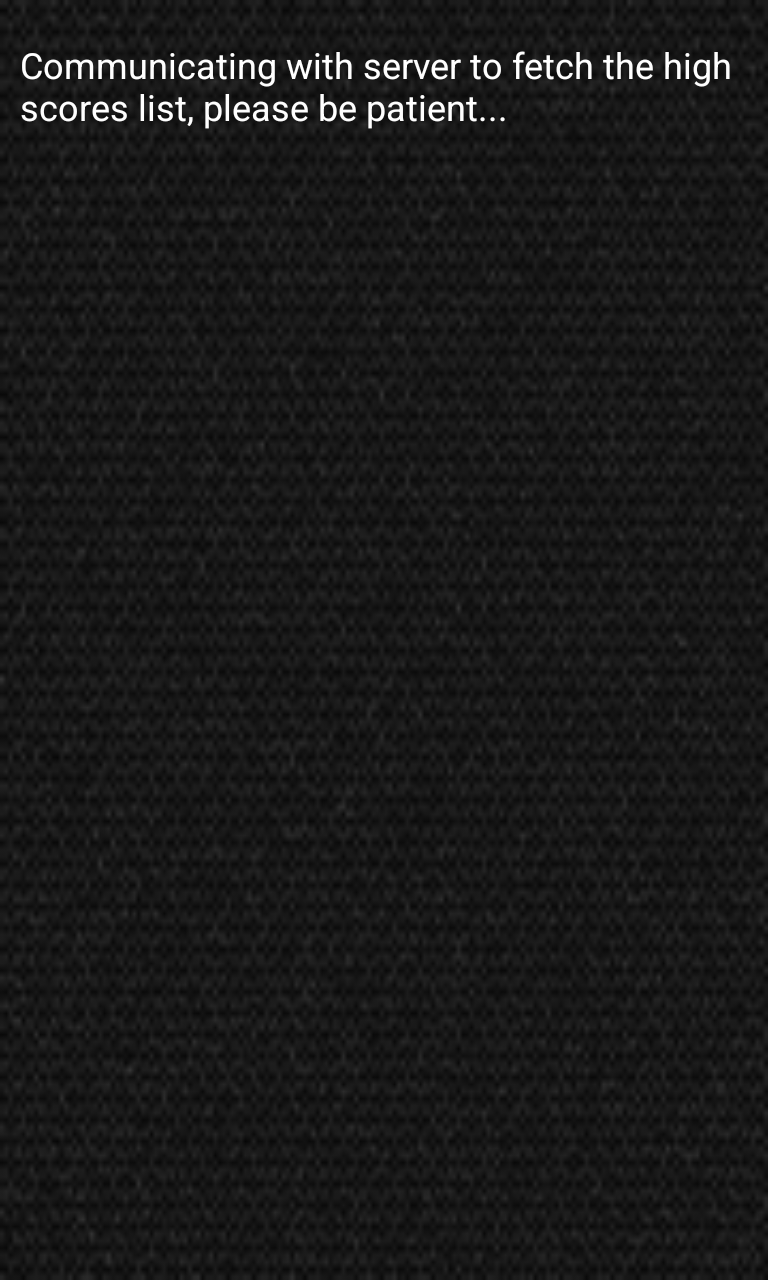
Repository: Tacohen/Killbots
Layout: Killbots/res/layout/cloud_communication.xml
The author's editor kept a copy of each file at every save. The layout is drawn from the files as they stood at one save, then again after the next save.
It is drawn on a 768 x 1280 px phone screen (xhdpi) without system bars, with theme AppTheme; the app's code is not run.

Above is the layout before, as saved 2013-12-10 03:20:41.

### Killbots/res/layout/cloud_communication.xml
<?xml version="1.0" encoding="utf-8"?>
    <LinearLayout xmlns:android="http://schemas.android.com/apk/res/android"
        android:orientation="vertical"
        android:padding="10dip"
        android:layout_width="fill_parent"
        android:layout_height="fill_parent"
        android:background="@drawable/binding_dark">

        <TextView
            android:id="@+id/serverCommunicationText"
            android:layout_width="fill_parent"
            android:layout_height="wrap_content"
            android:layout_marginTop="10dip"
            android:textColor="#FFFFFF"
            android:textAppearance="?android:attr/textAppearanceMedium"
            android:text="Communicating with server to fetch the high scores list, please be patient..." />

    </LinearLayout>

Loaded but not shown: Killbots/res/values/styles.xml (common file); Killbots/res/values-v11/styles.xml (common file); Killbots/res/values-v14/styles.xml (common file)

After the next save:
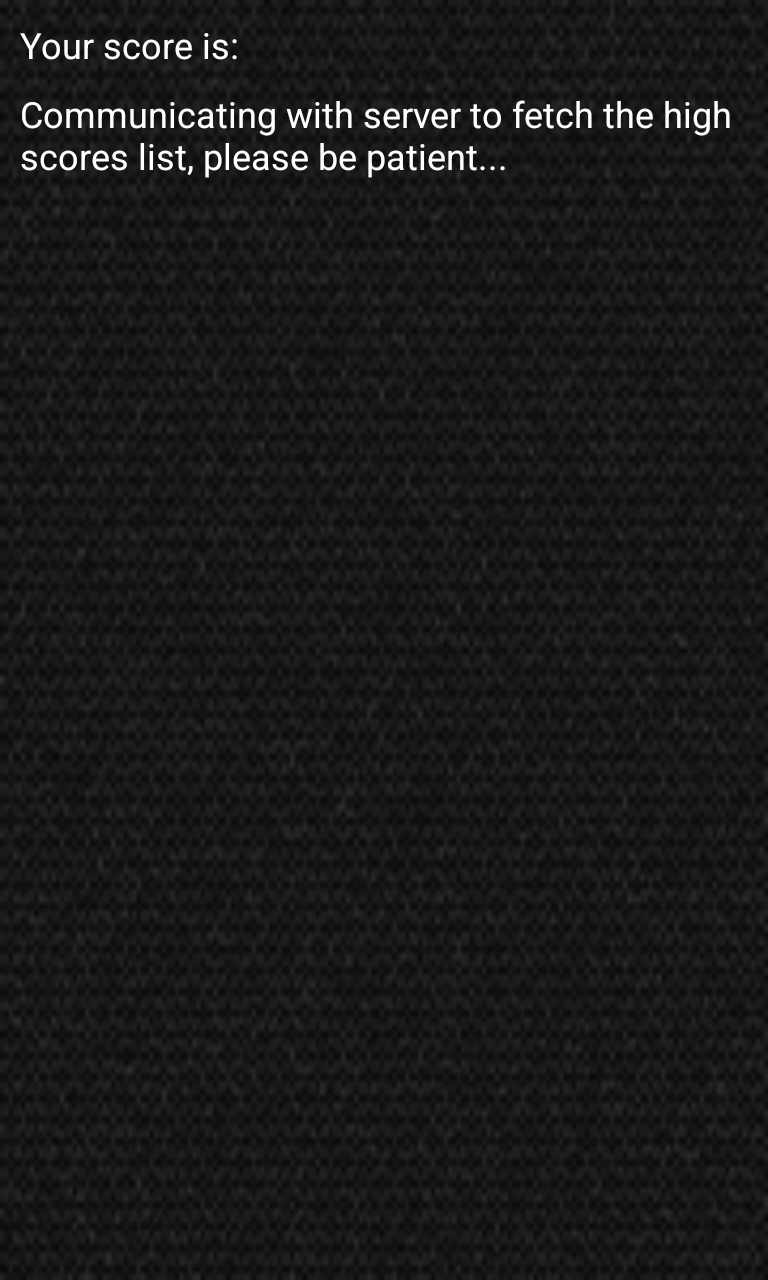
Saved 53 s later.
--- a/Killbots/res/layout/cloud_communication.xml
+++ b/Killbots/res/layout/cloud_communication.xml
@@ -5,6 +5,14 @@
         android:layout_width="fill_parent"
         android:layout_height="fill_parent"
         android:background="@drawable/binding_dark">
+
+        <TextView
+		    android:id="@+id/scoreTextWaiting"
+		    android:layout_width="wrap_content"
+		    android:layout_height="wrap_content"
+		    android:text="Your score is: "
+		    android:textColor="#FFFFFF"
+		    android:textAppearance="?android:attr/textAppearanceMedium" />
 
         <TextView
             android:id="@+id/serverCommunicationText"
